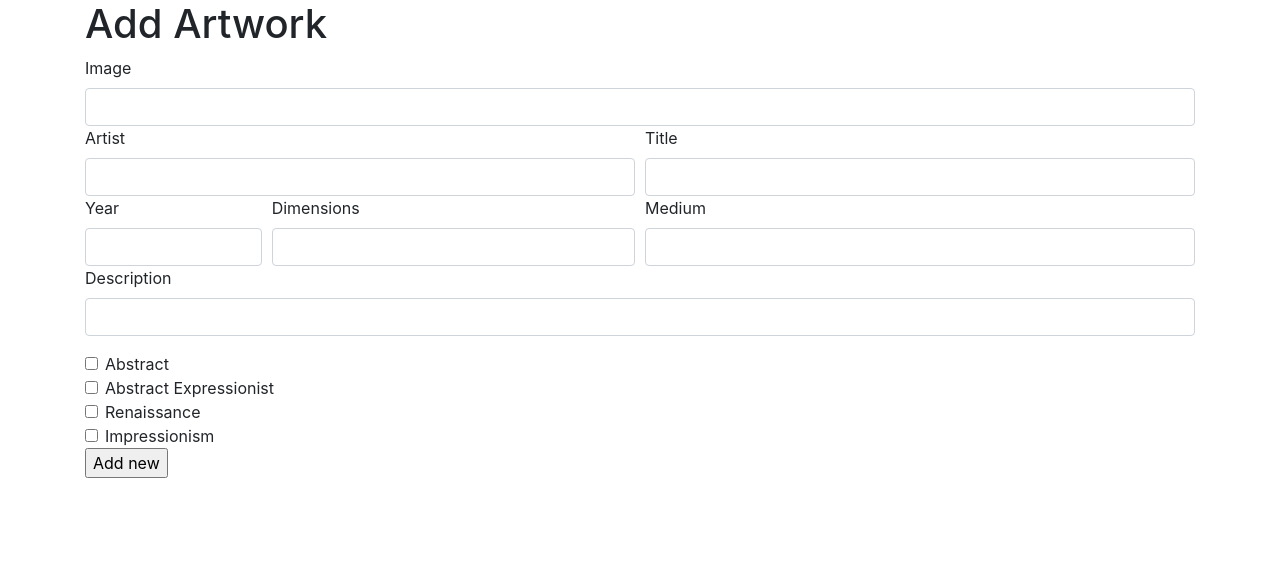
Repository: lynette-lyf/artwork-inventory
Page: http://localhost/add-artwork
The author's editor kept a record of every edit. The page is drawn from the files as they stood at one moment, then again after the next edit.
The browser window is 1280 px wide. The pictures show the whole page.
The page is served by the project's application, run on Flask 3 (app.py).

Above is the page before.

### templates/add_artwork.template.html
<!doctype html>
<html lang="en">
  <head>
    <!-- Required meta tags -->
    <meta charset="utf-8">
    <meta name="viewport" content="width=device-width, initial-scale=1, shrink-to-fit=no">

    <!-- Bootstrap CSS -->
    <link rel="stylesheet" href="https://stackpath.bootstrapcdn.com/bootstrap/4.3.1/css/bootstrap.min.css" integrity="sha384-ggOyR0iXCbMQv3Xipma34MD+dH/1fQ784/j6cY/iJTQUOhcWr7x9JvoRxT2MZw1T" crossorigin="anonymous">

    <title>Add Artwork</title>
  </head>
  <body>
    <div class='container'>
        <h1>Add Artwork</h1>
        <form class='form' method="POST">
          <div class='form-row'>
              <div class='col-12'>
                <label>Image</label>
                <input type='text' class='form-control' name='image'/>
            </div>
            <div class='col-6'>
                <label>Artist</label>
                <input type='text' class='form-control' name='artist'/>
            </div>
            <div class='col-6'>
                <label>Title</label>
                <input type='text' class='form-control' name='title'/>
            </div>
          </div>

          <div class='form-row'>
            <div class='col-2'>
                <label>Year</label>
                <input type='text' class='form-control' name='year'/>
            </div>
            <div class='col-4'>
                <label>Dimensions</label>
                <input type='text' class='form-control' name='dimensions'/>
            </div>
            <div class='col-6'>
                <label>Medium</label>
                <input type='text' class='form-control' name='medium'/>
            </div>
          </div>
            <!--Make text box bigger(3 lines)-->
            <div class='form-group'>
                <label>Description</label>
                <input type='text' class='form-control' name='description'/>
            </div>

            <!--Use checkboxes to allow user to select more than 1 type (translate to array)-->
            <div class="form-check">
              <input class="form-check-input" type="checkbox" value="Abstract" id="type" name="type">
              <label class="form-check-label" for="type">
                Abstract
              </label>
            </div>

            <div class="form-check">
              <input class="form-check-input" type="checkbox" value="Abstract Expressionist" id="type" name="type">
              <label class="form-check-label" for="type">
                Abstract Expressionist
              </label>
            </div>
            <div class="form-check">
              <input class="form-check-input" type="checkbox" value="Renaissance" id="type" name="type">
              <label class="form-check-label" for="type">
                Renaissance
              </label>
            </div>
            <div class="form-check">
              <input class="form-check-input" type="checkbox" value="Impressionism" id="type" name="type">
              <label class="form-check-label" for="type">
                Impressionism
              </label>
            </div>

            <input type="submit" value="Add new"/>
        </form>
    </div>

    <!-- Optional JavaScript -->
    <!-- jQuery first, then Popper.js, then Bootstrap JS -->
    <script src="https://code.jquery.com/jquery-3.3.1.slim.min.js" integrity="sha384-q8i/X+965DzO0rT7abK41JStQIAqVgRVzpbzo5smXKp4YfRvH+8abtTE1Pi6jizo" crossorigin="anonymous"></script>
    <script src="https://cdnjs.cloudflare.com/ajax/libs/popper.js/1.14.7/umd/popper.min.js" integrity="sha384-UO2eT0CpHqdSJQ6hJty5KVphtPhzWj9WO1clHTMGa3JDZwrnQq4sF86dIHNDz0W1" crossorigin="anonymous"></script>
    <script src="https://stackpath.bootstrapcdn.com/bootstrap/4.3.1/js/bootstrap.min.js" integrity="sha384-JjSmVgyd0p3pXB1rRibZUAYoIIy6OrQ6VrjIEaFf/nJGzIxFDsf4x0xIM+B07jRM" crossorigin="anonymous"></script>
  </body>
</html>

### app.py
from flask import Flask, render_template, request, redirect, url_for
import os

import pymongo

# 1. Retrieve the environment variables
# MONGO_URI = os.getenv('MONGO_URI')
# DATABASE_NAME = 'artworksAndConsigners'

MONGO_URI = "mongodb+srv://admin:pw@gallery-cwjwv.mongodb.net/test?retryWrites=true&w=majority"
DATABASE_NAME = "artworksAndConsigners"
conn = pymongo.MongoClient(MONGO_URI)

# 2. Create the connection
def get_connection():
    conn = pymongo.MongoClient(MONGO_URI)
    return conn

app = Flask(__name__)

@app.route('/')
def index():
    artworksAndConsigners = conn[DATABASE_NAME]['artworksAndConsigners'].find()
    return render_template('index.template.html', results=artworksAndConsigners)


@app.route('/add-artwork')
def show_add_artwork_form():
    return render_template('add_artwork.template.html')

@app.route('/add-artwork', methods=['POST'])
def process_add_artwork_form():
    image = request.form.get('image')
    artist = request.form['artist']
    title = request.form['title']
    year = request.form['year']
    dimensions = request.form['dimensions']
    medium = request.form['medium']
    description = request.form['description']

    type = request.form['type']

    conn = get_connection()
    conn[DATABASE_NAME]['artworksAndConsigners'].insert({
        "image" : image,
        "artist" : artist,
        "title" : title,
        "year" : year,
        "dimensions" : dimensions,
        "medium" : medium,
        "description" : description,

        "type" : type
    })

    # redirect back to root url
    return redirect("/")



# "magic code" -- boilerplate
if __name__ == '__main__':
    app.run(host=os.environ.get('IP'),
    port=int(os.environ.get('PORT')),
    debug=True)

After the next edit:
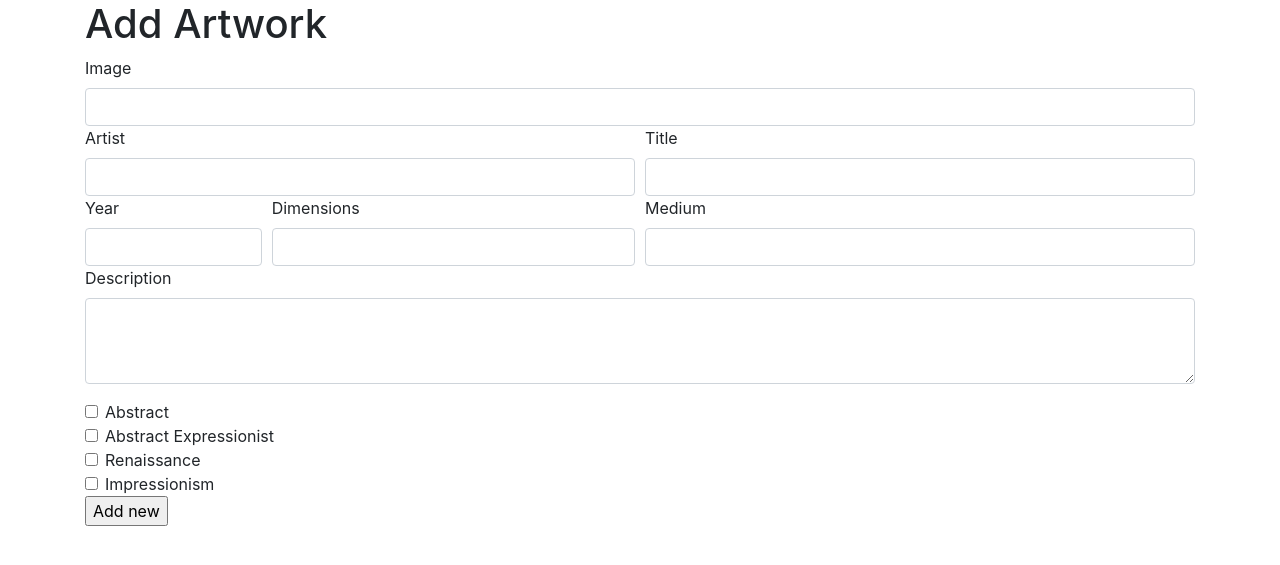
The edit:
--- a/templates/add_artwork.template.html
+++ b/templates/add_artwork.template.html
@@ -46,7 +46,7 @@
             <!--Make text box bigger(3 lines)-->
             <div class='form-group'>
                 <label>Description</label>
-                <input type='text' class='form-control' name='description'/>
+                <textarea class="form-control" rows="3" name='description'></textarea>
             </div>
 
             <!--Use checkboxes to allow user to select more than 1 type (translate to array)-->
